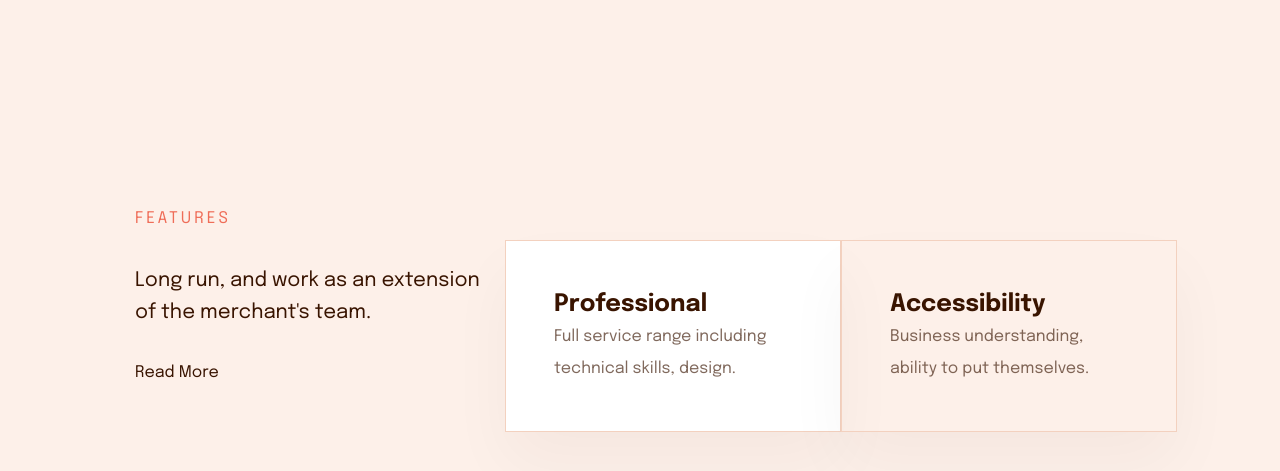
Repository: kubrazamanova/Project-7
Page: index.html
The author's editor kept a copy of each file at every save. The page is drawn from the files as they stood at one save, then again after the next save.
The browser window is 1280 px wide. The pictures show the whole page.

Above is the page before, as saved 2023-09-23 10:39:00.

After the next save:
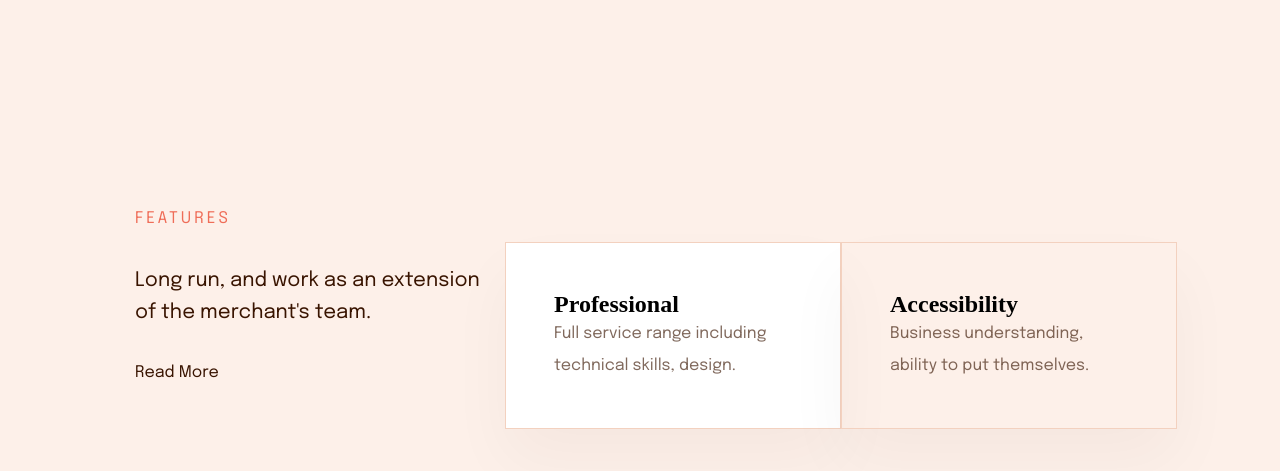
Saved 35 s later.
--- a/index.css
+++ b/index.css
@@ -68,6 +68,7 @@ ul li {
 ul li:first-child{
   background-color: white;
 }
+ul li
 .container li h2 {
   color: var(--Text_Dark, #391400);
   font-feature-settings: "clig" off, "liga" off;
